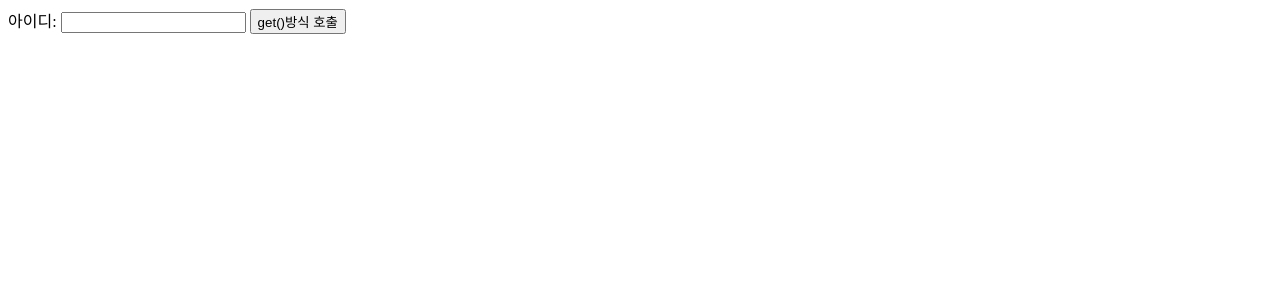
Repository: Jooheehan-kopo/web-workspace
Page: Lecture-web/WebContent/servlet/method.html
The author's editor kept a copy of each file at every save. The page is drawn from the files as they stood at one save, then again after the next save.
The browser window is 1280 px wide. The pictures show the whole page.

Above is the page before, as saved 2021-06-18 07:04:20.

### Lecture-web/WebContent/servlet/method.html
<!DOCTYPE html>
<html>
<head>
<meta charset="UTF-8">
<title>Insert title here</title>
</head>
<body>
	<form action="/Lecture-web/method">

		아이디: <input type="text" name="id">
		<input type ="submit" value="get()방식 호출">
	</form>
</body>
</html>

After the next save:
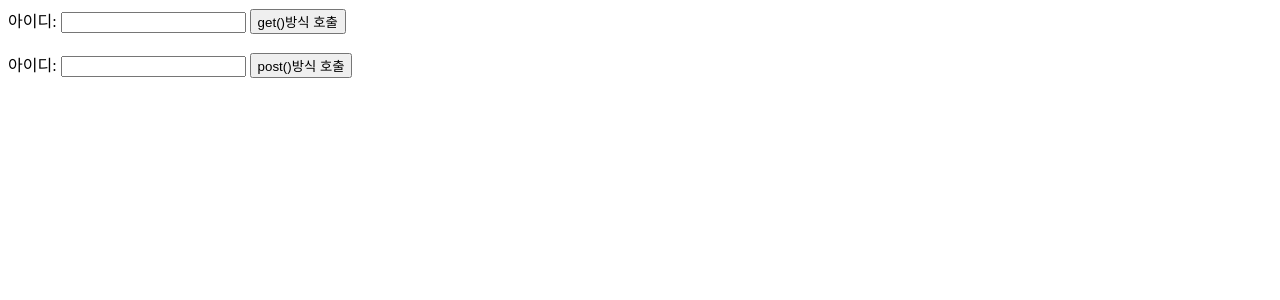
Saved 2 days later.
--- a/Lecture-web/WebContent/servlet/method.html
+++ b/Lecture-web/WebContent/servlet/method.html
@@ -5,10 +5,16 @@
 <title>Insert title here</title>
 </head>
 <body>
-	<form action="/Lecture-web/method">
+	<form action="/Lecture-web/method" method="get">
 
 		아이디: <input type="text" name="id">
 		<input type ="submit" value="get()방식 호출">
 	</form>
+	<br>
+	<form action="/Lecture-web/method">
+
+		아이디: <input type="text" name="id" method="post">
+		<input type ="submit" value="post()방식 호출">
+	</form>
 </body>
 </html>
